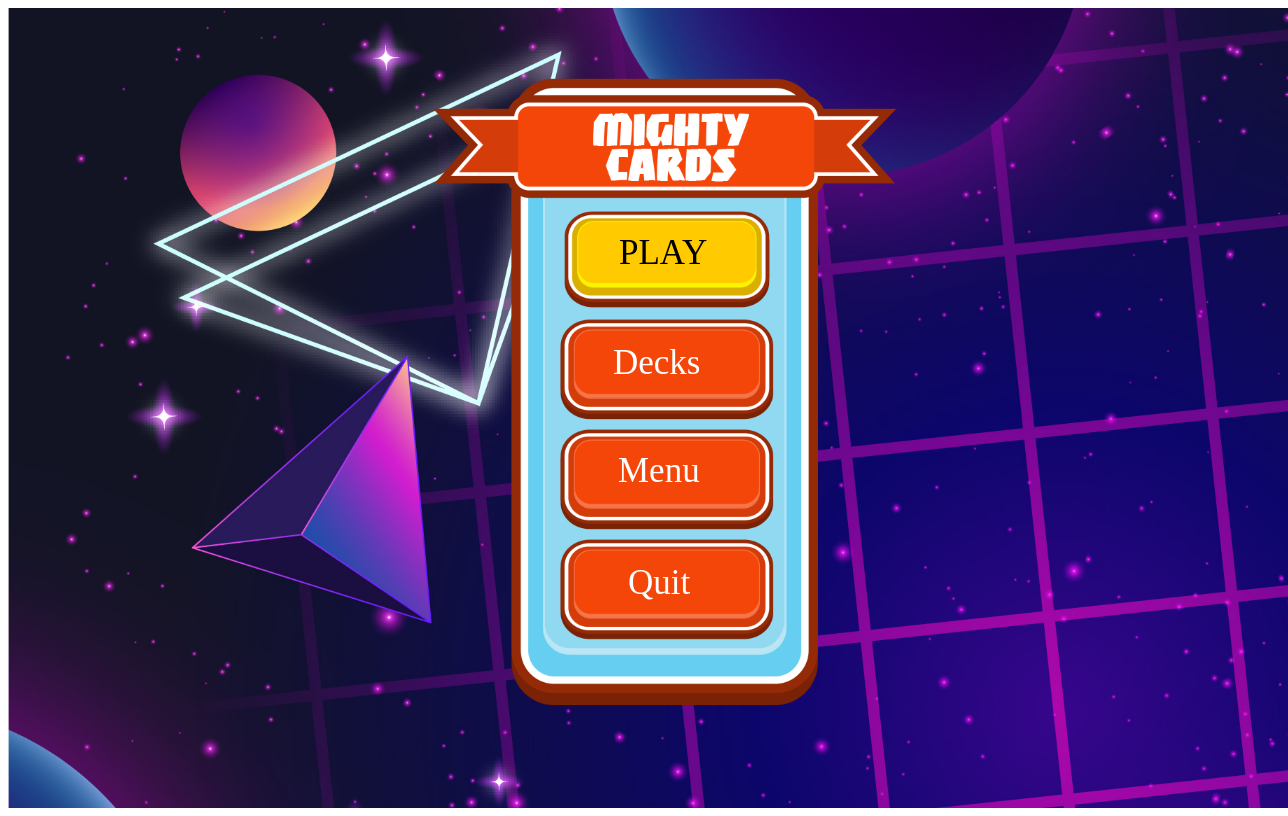
Repository: getvoiceagency/html5
Page: menu.html
The author's editor kept a record of every edit. The page is drawn from the files as they stood at one moment, then again after the next edit.
The browser window is 1280 px wide. The page is 1288 px wide, so the pictures cover 1288 px, including what lies to the right of the window. The pictures show the whole page.
Some web fonts or font styles are not loaded; a fallback is used. Some web libraries are served in a nearby version.

Above is the page before.

### menu.html
<html>
    <head>
        <title> </title>
        <script src="BattleCards.js"></script>
        <script src="https://cdnjs.cloudflare.com/ajax/libs/pixi.js/4.5.1/pixi.min.js"></script>
        <script src="https://cdnjs.cloudflare.com/ajax/libs/gsap/2.1.3/TweenMax.min.js"></script>
        <script src="https://cdnjs.cloudflare.com/ajax/libs/howler/2.1.2/howler.js"></script>
        <script src="https://cdnjs.cloudflare.com/ajax/libs/gsap/2.1.3/plugins/PixiPlugin.min.js"></script>
    </head>
     <style>
@import url('https://fonts.googleapis.com/css?family=McLaren&display=swap');
</style>
    <body>

<script>

/*global PIXI*/
        var renderer = PIXI.autoDetectRenderer(1280, 800,{});
    document.body.appendChild(renderer.view);

 // // Load the google fonts before starting...!
    window.WebFontConfig = {
        google: {
        families: ['McLaren',]
    },


};

// include the web-font loader script
/* jshint ignore:start */
       (function() {
        var wf = document.createElement('script');
        wf.src = ('https:' === document.location.protocol ? 'https' : 'http') +
        '://ajax.googleapis.com/ajax/libs/webfont/1/webfont.js';
        wf.type = 'text/javascript';
        wf.async = 'true';
        var s = document.getElementsByTagName('script')[0];
        s.parentNode.insertBefore(wf, s);
})();
var introstage = new PIXI.Container();

    var container = new PIXI.Container();

// set container
//Set background
    introstage.addChild(container);
    var landscapeTexture = PIXI.Texture.fromImage('2613089.jpg');
    var background = new PIXI.Sprite(landscapeTexture);

//Background to stage
    introstage.addChild(background);

// Background positions
    background.anchor.x = 0;
    background.anchor.y = 0;
    background.position.x = 0;
    background.position.y = 0;
    background.scale.x =0.7;
    background.scale.y =0.7;

//construct the images for the menu
{
// menu-ui
 { var menu = PIXI.Sprite.fromImage('menu-ui.png');
container.addChild(menu);
    }
     { var logo = PIXI.Sprite.fromImage('logo.png');
container.addChild(logo);
    }
}

// construct the text
 // create white text
    var play = new PIXI.Text('PLAY', { font: '35px McLaren', fill: 'black', align: 'center' });
    var decks = new PIXI.Text('Decks', { font: '35px McLaren', fill: 'white', align: 'center' });
    var options = new PIXI.Text('Menu', { font: '35px McLaren', fill: 'white', align: 'center' });
    var quit = new PIXI.Text('Quit', { font: '35px McLaren', fill: 'white', align: 'center' });

// set container
    container.x = 34;
    container.y = 10;


//Position the menu
    menu.anchor.x = 0;
    menu.anchor.y = 0;
    menu.position.x = 425;
    menu.position.y = 70;
    menu.scale.x = 0.7;
    menu.scale.y = 0.7;

//Position the logo
    logo.anchor.x = 0;
    logo.anchor.y = 0;
    logo.position.x = 585;
    logo.position.y = 105;
    logo.scale.x = 0.7;
    logo.scale.y = 0.7;

//position the text
    play.anchor.x = 0;
    play.anchor.y = 0;
    play.position.x = 611;
    play.position.y = 225;

    decks.anchor.x = 0;
    decks.anchor.y = 0;
    decks.position.x = 605;
    decks.position.y = 335;

    options.anchor.x = 0;
    options.anchor.y = 0;
    options.position.x = 610;
    options.position.y = 443;

    quit.anchor.x = 0;
    quit.anchor.y = 0;
    quit.position.x = 620;
    quit.position.y = 555;


//Paint images to screen

    introstage.addChild(menu);
    introstage.addChild(logo);
    introstage.addChild(play);
    introstage.addChild(decks);
    introstage.addChild(options);
    introstage.addChild(quit);


//Touch controlls
logo.interactive = true;
logo.on('touchend', function(e) {

        console.log("Logo Touched1");
});

// Some how we have to load the play stage over the top of the stage.
logo.click = function(e) {
 var logotouch = new PIXI.Container();
        console.log("logo clicked");
 }

play.interactive = true;
play.on('touchend', function(e) {
        console.log("play touched");
});

play.click = function(e) {
//Begin MAIN PLAY AREA
//
//
//
 // // Load them google fonts before starting...!
    window.WebFontConfig = {
        google: {
        families: ['Snippet', 'Arvo:700italic', 'Podkova:700']
    },


};

// include the web-font loader script
/* jshint ignore:start */
       (function() {
        var wf = document.createElement('script');
        wf.src = ('https:' === document.location.protocol ? 'https' : 'http') +
        '://ajax.googleapis.com/ajax/libs/webfont/1/webfont.js';
        wf.type = 'text/javascript';
        wf.async = 'true';
        var s = document.getElementsByTagName('script')[0];
        s.parentNode.insertBefore(wf, s);
})();

/* global Howl*/
//setup music
//var sound = new Howl({
  //   src: ['backgroundmusic.mp3'],
    // volume: 0.0,
     //autoplay: true,
    // loop: true,
  // });

  // var playBackground =  sound.play();
  // sound.fade(0, 1, 3000, playBackground);





/* jshint ignore:end */
    // create white text
    var score1 = new PIXI.Text('Player 10', { font: '35px Snippet', fill: 'white', align: 'center' });
    var score2 = new PIXI.Text('CPU 10', { font: '35px Snippet', fill: 'white', align: 'center' });


// create the root of the scene graph
    var stage = new PIXI.Container();

    var container = new PIXI.Container();

// set container
//Set background
    stage.addChild(container);
    var landscapeTexture = PIXI.Texture.fromImage('2613089.jpg');


    var background = new PIXI.Sprite(landscapeTexture);

//Background to stage
    stage.addChild(background);

// Background positions
    background.anchor.x = 0;
    background.anchor.y = 0;
    background.position.x = 0;
    background.position.y = 0;
    background.scale.x =0.7;
    background.scale.y =0.7;



{
// get card 1
 {
        var card1 = PIXI.Sprite.fromImage('card1.png');


        container.addChild(card1);
    }

    // get card 2
    {
        var card2 = PIXI.Sprite.fromImage('card2.png');


        container.addChild(card2);
    }
    // get score orange
    {
        var scoreOrange = PIXI.Sprite.fromImage('score-orange.png');


        container.addChild(scoreOrange);
    }
    // get score red
    {
        var scoreRed = PIXI.Sprite.fromImage('score-red.png');


        container.addChild(scoreRed);
    }
     {
        var vs = PIXI.Sprite.fromImage('VS.png');


        container.addChild(vs);
    }
}



    container.x = 34;
    container.y = 10;


//card Anchors

    card1.anchor.x = 0;
    card1.anchor.y = 0;
    card2.anchor.x = 0;
    card2.anchor.y = 0;

// move the sprite to the center of the canvas
    card1.position.x = -1050;
    card1.position.y = 150;
    card2.position.x = 1450;
    card2.position.y = 150;

//Card Alpha
    card1.alpha = 0;
    card2.alpha = 0;

// Card scale
    card1.scale.x =1.0;
    card1.scale.y =1.0;
    card2.scale.x =1.0;
    card2.scale.y =1.0;

// set score positions
    score2.position.set(100);
    score1.position.set(1);

// render text to stage

    stage.addChild(scoreOrange);
    stage.addChild(scoreRed);
    stage.addChild(score1);
    stage.addChild(score2);
    stage.addChild(vs);
    stage.addChild(card1);
    stage.addChild(card2);



//set score position
    score1.position.x = 115;
    score1.position.y = 24;

    score2.position.x = 1028;
    score2.position.y = 24;

//set score position
    scoreOrange.position.x = 100;
    scoreOrange.position.y = 10;

    scoreRed.position.x = 1000;
    scoreRed.position.y = 10;

//Set VS position
    vs.position.x = 570;
    vs.position.y = 350;
    vs.scale.x =0.07;
    vs.scale.y =0.07;
    vs.alpha = 0;

    function particle(){

        var emitter = new PIXI.particles.Emitter(

	// The PIXI.Container to put the emitter in
	// if using blend modes, it's important to put this
	// on top of a bitmap, and not use the root stage Container
	container,

	// The collection of particle images to use
	[PIXI.Texture.fromImage('mc.png')],

	// Emitter configuration, edit this to change the look
	// of the emitter
	{
		alpha: {
			list: [
				{
					value: 0.8,
					time: 0
				},
				{
					value: 0.1,
					time: 1
				}
			],
			isStepped: false
		},
		scale: {
			list: [
				{
					value: 1,
					time: 0
				},
				{
					value: 0.3,
					time: 1
				}
			],
			isStepped: false
		},
		color: {
			list: [
				{
					value: "fb1010",
					time: 0
				},
				{
					value: "f5b830",
					time: 1
				}
			],
			isStepped: false
		},
		speed: {
			list: [
				{
					value: 200,
					time: 0
				},
				{
					value: 100,
					time: 1
				}
			],
			isStepped: false
		},
		startRotation: {
			min: 0,
			max: 360
		},
		rotationSpeed: {
			min: 0,
			max: 0
		},
		lifetime: {
			min: 0.5,
			max: 0.5
		},
		frequency: 0.008,
		spawnChance: 1,
		particlesPerWave: 1,
		emitterLifetime: 0.31,
		maxParticles: 1000,
		pos: {
			x: 0,
			y: 0
		},
		addAtBack: false,
		spawnType: "circle",
		spawnCircle: {
			x: 0,
			y: 0,
			r: 10
		}
	}
);

// Calculate the current time
var elapsed = Date.now();

// Update function every frame
var update = function(){

	// Update the next frame
	requestAnimationFrame(update);

	var now = Date.now();

	// The emitter requires the elapsed
	// number of seconds since the last update
	emitter.update((now - elapsed) * 0.001);
	elapsed = now;

	// Should re-render the PIXI Stage
	// renderer.render(stage);
};

// Start emitting
emitter.emit = true;

// Start the update
update();

    }

/*global TimelineMax*/
/*global Power4*/
/*global Power3*/

    var tl = new TimelineMax({ repeat: 0, repeatDelay: 0.5, yoyo: true })
    .to(card1, 1, { pixi: { x: 125, y: 150,}, ease: Power3.easeInOut }, 0.9 )
    .to(card1, 2, { pixi: {alpha: 1, delay:7.5,}, ease: Power3.easeInOut }, 0.5)
    .to(card1, 3, { pixi: { x: 125, y: 150, scale: 0.5,}, ease: Power3.easeInOut }, 0.9)

    var t2 = new TimelineMax({ repeat: 0, repeatDelay: 0.5, yoyo: true })
    .to(card2, 1, { pixi: { x: 125, y: 225,},transformOrigin:'50% 50%', ease: Power3.easeInOut }, 0.9)
    .to(card2, 2, { pixi: {alpha: 1, delay:7.5,}, ease: Power3.easeInOut }, 0.9)
    .to(card2, 3, { pixi: { x: 775, y: 150, scale: 0.5 }, ease: Power3.easeInOut }, 0.9)

    var t3 = new TimelineMax({ repeat: 0, delay: 1.5, yoyo: true })
    .to(vs, 4, { pixi: {alpha: 1, }}, 0.1);



// start animating
    animate();

    function animate() {



    requestAnimationFrame(animate);

    // render the root container
    renderer.render(stage);

/*global plAttackAnim*/
//buggy rotation always from top left even though its set to 50/50% center
document.getElementById("cpuLoose").addEventListener("click", function(){

var plAttackAnim  = new TimelineMax({ repeat: 0, repeatDelay: 0.5, yoyo: false })
    .set(".card2", {transformOrigin: "50% 50%"})
    .to(card1, 2, { pixi: {x: 400, y: 150, scale: 0.5,}, ease: Power4.easeInOut }, 0)
    .call(PlayHitSound)
    .to(vs,    2, { pixi: {alpha: 0, }, ease: Power4.easeInOut }, 0.0)
    .to(card2, 2, { pixi: {x: 1500, y: 150, scale: 0.2, rotation:'+=660'},transformOrigin:'center',ease:Power3.easeInOut }, 2.0)
    .to(card1, 2, { pixi: {x: 450, y: 150, scale: 0.5,}, ease: Power4.easeInOut }, 2.3)
    .to(card1, 2, { pixi: {x: 400, y: 120, scale: 0.6,}, ease: Power4.easeInOut }, 2.6)


});

/*global plAttackAnim*/
document.getElementById("playerLoose").addEventListener("click", function(){
var cpuAttackAnim  = new TimelineMax({ repeat: 0, repeatDelay: 0.5, yoyo: true })
    .to(card2, 2, { pixi: {x: 500, y: 150, scale: 0.5,}, ease: Power4.easeInOut }, 0)
    .call(PlayHitSound)
    .to(vs,    2, { pixi: {alpha: 0, }, ease: Power4.easeInOut }, 0.0)
    .to(card1, 2, { pixi: {x: -1000, y: 150, scale: 0.2, rotation:1000,transformOrigin:"500px 300px", }, ease: Power4.easeInOut }, 2.0)
    .to(card2, 2, { pixi: {x: 450, y: 150, scale: 0.5,}, ease: Power4.easeInOut }, 2.3)
    .to(card2, 2, { pixi: {x: 410, y: 120, scale: 0.6,}, ease: Power4.easeInOut }, 2.6)
});

function PlayHitSound() {
var hitSound = new Howl({
  src: ['audioattack.mp3'],
   autoplay: true,
   volume: 0.2,
  });

hitSound.once('load', function(){
  hitSound.stop();
});

}

}

function PlayWinSound() {
var winSound = new Howl({
  src: ['cardwin.mp3'],
   autoplay: true,
   volume: 0.2,
});

winSound.once('load', function(){
  winSound.stop();
});



}

//End Main PLAY AREA
//
//


        console.log("play Clicked");
 }
 ///
decks.interactive = true;
decks.on('touchend', function(e) {
        console.log("touch!!");
});

decks.click = function(e) {
        console.log("click!!");
 }

options.interactive = true;
options.on('touchend', function(e) {
        console.log("touch!!");
});

options.click = function(e) {
        console.log("click!!");
 }

quit.interactive = true;
quit.on('touchend', function(e) {
        console.log("touch!!");
});

quit.click = function(e) {
        console.log("click!!");
 }






// start animating
    animate();

    function animate() {



    requestAnimationFrame(animate);

    // render the root container
    renderer.render(introstage);
}
</script>


</body>



</html>

### BattleCards.js
"use strict";
//Player Card Stats
var plStar = 6;
var plHeart = 5;
var plDefence = 4;
var plBlue = 1;
var plOrange = 3;
var plGreen = 5;
var plHealth = 10;
var plTwistColour = "green";
//CPU card stats
var emStar = 8;
var emHeart = 6;
var emDefence = 5;
var emBlue = 3;
var emOrange = 4;
var emGreen = 6;
var emHealth = 10;
var emTwistColour = "green";
var plPower = 0;
var plTwist = 0;
var emPower = 0;
var emTwist = 0;
var plBonus = 0;
var emBonus = 0;
var winner = 0;
//Damage Mechanics
var dmgModel = 0;
var plResultPower = Math.max(plStar, plHeart, plDefence);
var plResultTwist = Math.max(plBlue, plOrange, plGreen);
var emResultPower = Math.max(emStar, emHeart, emDefence);
var emResultTwist = Math.max(emBlue, emOrange, emGreen);
if (plStar = plResultPower) {
    plPower = plResultPower;
    console.log(({ plPower: plPower }));
}
else if (plHeart = plResultPower) {
    plPower = plResultPower;
    console.log(({ plPower: plPower }));
}
else if (plDefence = plResultPower) {
    plPower = plResultPower;
    console.log(({ plPower: plPower }));
}
//Find which twist was the greater and add it's value to emTwist
if (plBlue = plResultTwist) {
    plTwist = plResultTwist;
    console.log(({ plTwist: plTwist }));
}
else if (plOrange = plResultTwist) {
    plTwist = plResultTwist;
    console.log(({ plTwist: plTwist }));
}
else if (plGreen = plResultTwist) {
    plTwist = plResultTwist;
    console.log(({ plTwist: plTwist }));
}
// CPU chooses
if (emStar = emResultPower) {
    emPower = emResultPower;
    console.log(({ emPower: emPower }));
}
else if (emHeart = emResultPower) {
    emPower = emResultPower;
    console.log(({ emPower: emPower }));
}
else if (emDefence = emResultPower) {
    emPower = emResultPower;
    console.log(({ emPower: emPower }));
}
//Find which twist was the greater and add it's value to emTwist
if (emBlue = emResultTwist) {
    emTwist = emResultTwist;
    console.log(({ emTwist: emTwist }));
}
else if (plOrange = emResultTwist) {
    emTwist = emResultTwist;
    console.log(({ emTwist: emTwist }));
}
else if (emGreen = emResultTwist) {
    emTwist = emResultTwist;
    console.log(({ emTwist: emTwist }));
}
//check for colours and add bonus to attack via plBonus
if (plTwistColour = "green", emTwistColour = "green") {
    plBonus = 2;
    emBonus = 1;
    console.log(({ emBonus: emBonus }));
}
else if (plTwistColour = "green", emTwistColour = "orange") {
    plBonus = 2;
    emBonus = 1;
    console.log(({ emTwist: emTwist }));
}
else if (plTwistColour = "green", emTwistColour = "blue") {
    plBonus = 2;
    emBonus = 1;
    console.log(({ emTwist: emTwist }));
}
else if (plTwistColour = "blue", emTwistColour = "blue") {
    plBonus = 2;
    emBonus = 1;
    console.log(({ emTwist: emTwist }));
}
else if (plTwistColour = "blue", emTwistColour = "orange") {
    plBonus = 2;
    emBonus = 1;
    console.log(({ emTwist: emTwist }));
}
else if (plTwistColour = "blue", emTwistColour = "green") {
    plBonus = 2;
    emBonus = 1;
    console.log(({ emTwist: emTwist }));
}
else if (plTwistColour = "orange", emTwistColour = "orange") {
    plBonus = 2;
    emBonus = 1;
    console.log(({ emTwist: emTwist }));
}
else if (plTwistColour = "orange", emTwistColour = "blue") {
    plBonus = 2;
    emBonus = 1;
    console.log(({ emTwist: emTwist }));
}
else if (plTwistColour = "orange", emTwistColour = "green") {
    plBonus = 2;
    emBonus = 1;
    console.log(({ emTwist: emTwist }));
}
// calculate based on card stats how much damage is done.
// calculate Attack Power
var plAttack = plPower + plTwist + plBonus;
var emAttack = emPower + emTwist + emBonus;
// Who has the highest attack power
if (plAttack > emAttack) {
    dmgModel = plAttack - emDefence;
    emHeart = emHeart - dmgModel;
    //if the card looses all health do 1dmg to cpu
    if (emHeart < 1) {
        emHealth = emHealth - 1;
        //sucky solution want booleen
        winner = 1;
    }
    // check cpu health for negative
    if (emHealth < 0) {
        emHealth = 0;
    }
    console.log(("Player won"));
}
else if (emAttack > plAttack) {
    dmgModel = emAttack - plDefence;
    plHeart = plHeart - dmgModel;
    if (plHeart < 1) {
        plHealth = plHealth - 1;
    }
    if (plHealth < 0) {
        plHealth = 0;
        winner = 2;
    }
    console.log(("CPU Won"));
}
else if (plAttack = emAttack) {
    console.log(("Draw"));
}
event;
//show me show me... lovely stats
console.log(({ plHealth: plHealth }));
console.log(({ emHealth: emHealth }));
console.log(({ plAttack: plAttack }));
console.log(({ emAttack: emAttack }));
console.log(({ dmgModel: dmgModel }));
console.log(({ plHeart: plHeart }));
console.log(({ emHeart: emHeart }));
//Console

After the next edit:
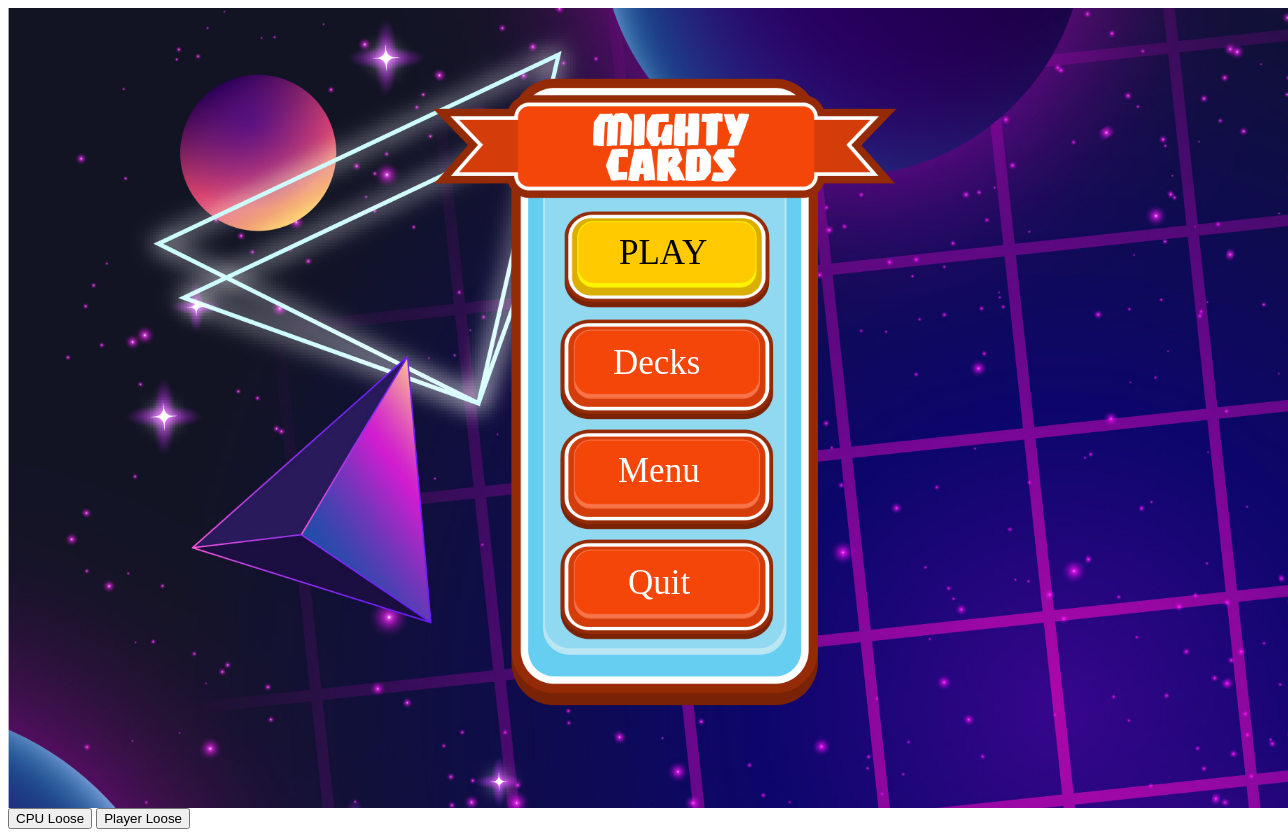
The edit:
--- a/menu.html
+++ b/menu.html
@@ -596,6 +596,8 @@
 
 
 </body>
+<button id="cpuLoose">CPU Loose</button>
+<button id="playerLoose">Player Loose</button>
 
 
 
